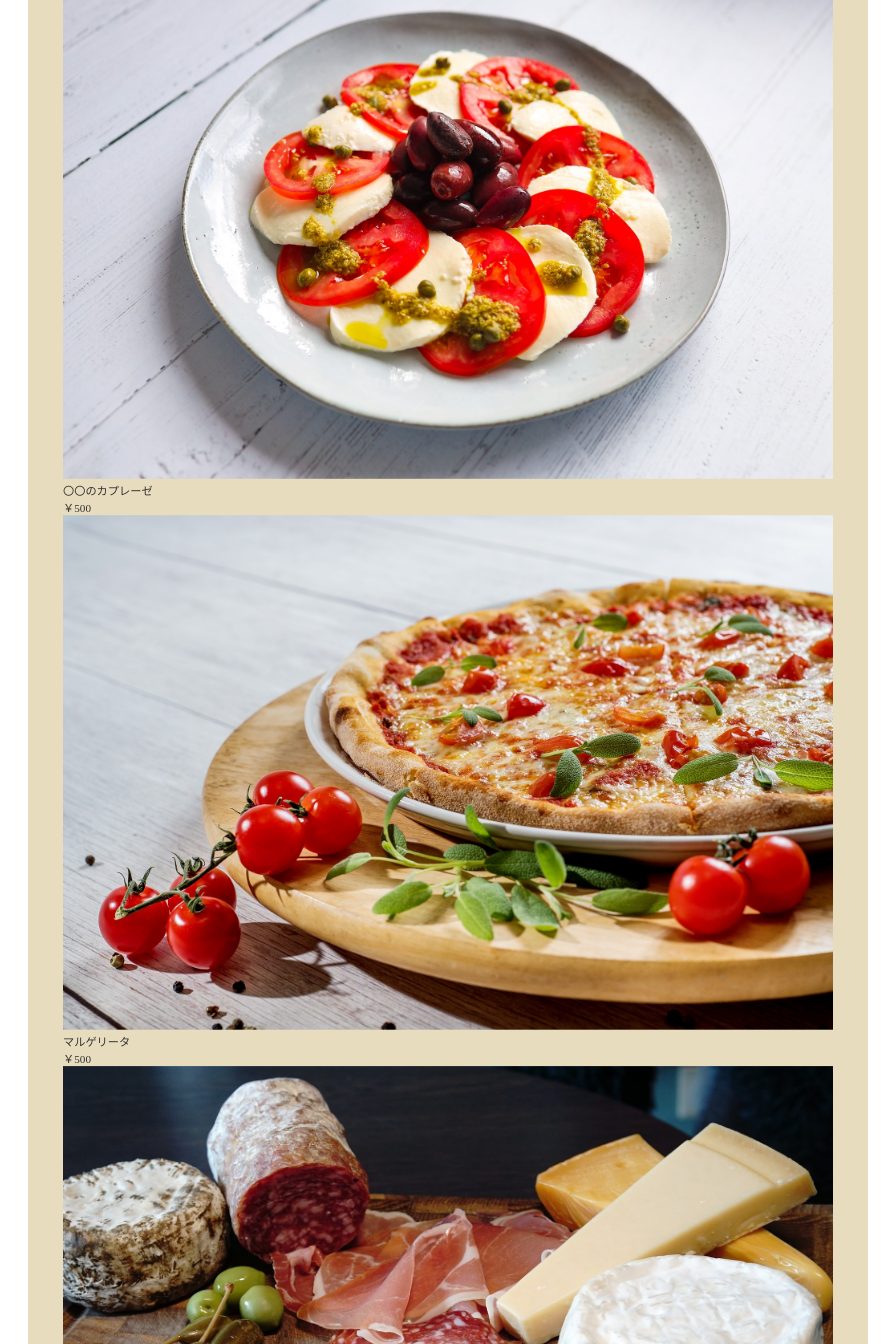
Repository: konatsu-0806/demo-site
Page: FromFigma/index.html
The author's editor kept a copy of each file at every save. The page is drawn from the files as they stood at one save, then again after the next save.
The browser window is 1280 px wide. The pictures show the part of the page from y = 4580 to 6500 px (the page is 7699 px tall before and 7675 px after), at 70% of full size.

Above is the page before, as saved 2023-02-13 17:24:16.

After the next save:
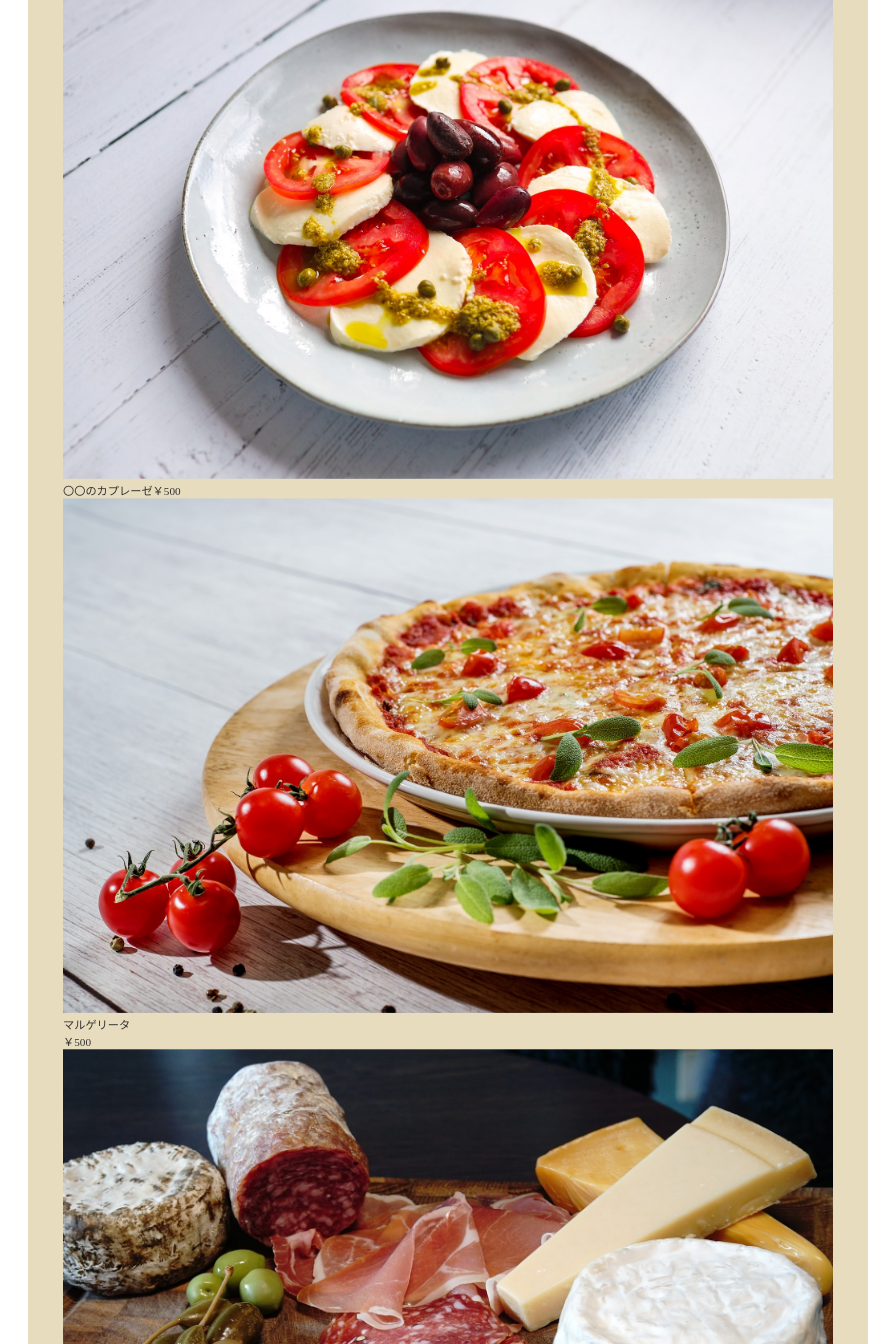
Saved 17 s later.
--- a/FromFigma/index.html
+++ b/FromFigma/index.html
@@ -155,8 +155,7 @@
     </div>
     <div class="dish2">
       <img src="img/mozzarella-salad-g85af32bc5_1920.jpg" alt="">
-      <p>〇〇のカプレーゼ</p>
-      <p class="price">￥500</p>
+      <p>〇〇のカプレーゼ￥500</p>
     </div>
     <div class="dish3">
       <img src="img/pizza-gff7141cbc_1920.jpg" alt="">
